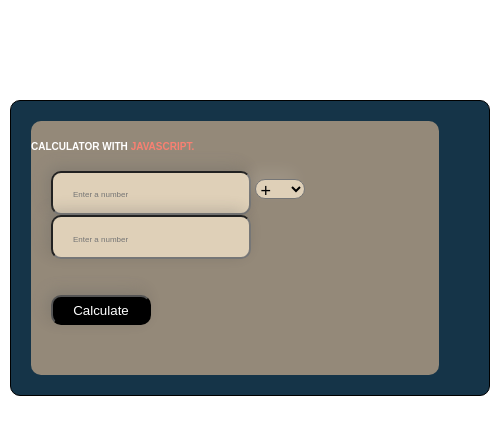
Repository: isaacCodes1/Calculator-with-js
Page: index2.html
The author's editor kept a copy of each file at every save. The page is drawn from the files as they stood at one save, then again after the next save.
The browser window is 375 px wide. The page is 490 px wide, so the pictures cover 490 px, including what lies to the right of the window. The pictures show the whole page.
Some web fonts or font styles are not loaded; a fallback is used.

Above is the page before, as saved 2024-04-22 15:24:34.

After the next save:
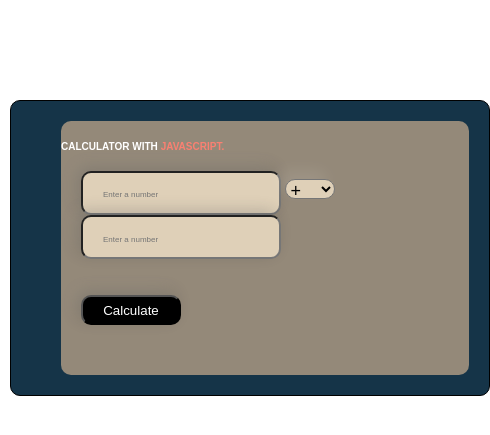
Saved 19 s later.
--- a/mediaquery.css
+++ b/mediaquery.css
@@ -7,7 +7,7 @@
     width: 480px;
     left: 10px;
     padding: 20px;
-    padding-right:50px ;
+    padding-left:50px ;
   }
   .num1::placeholder {
     font-size: 8px;
